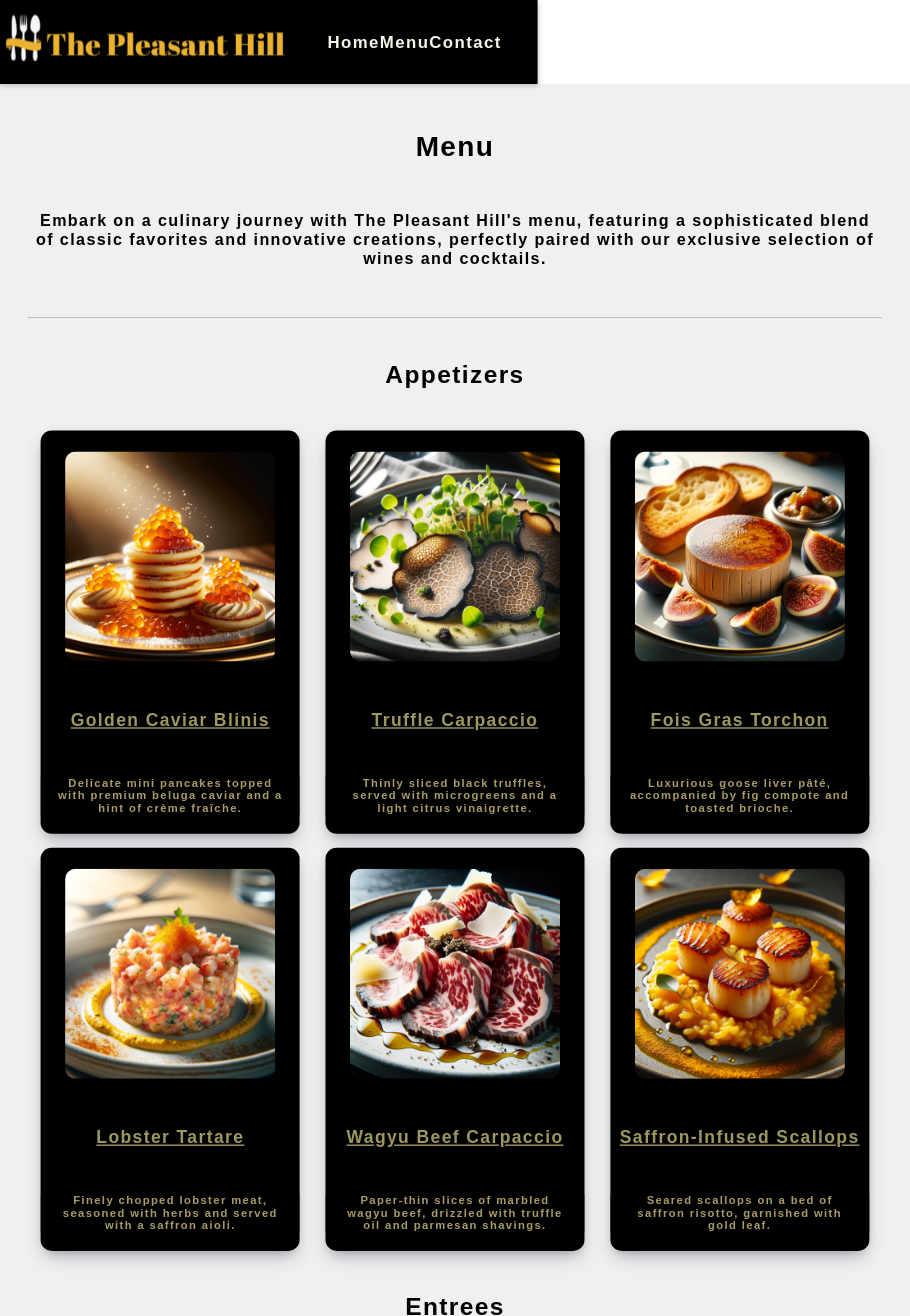
Repository: shayanabedi98/pleasant-hill-restaurant
Page: /, after clicking the first element matching `ul > :nth-child(2)`
These files come from the project's save history. The page is drawn as it stood at one moment and after the next save; the edit follows.
The browser window is 768 px wide. The page is 1300 px wide, then 768 px, so the pictures cover 1300 px, including what lies to the right of the window. The pictures show the part of the page from y = 0 to 1880 px (the page is 6539 px tall before and 8027 px after), at 70% of full size.
Some web fonts or font styles are not loaded; a fallback is used. The project was rebuilt for these pictures with package versions that can differ from the ones it lists, and the page was loaded fresh each time. Also part of the build but not shown: vite.config.js, src/components/Contact.jsx, src/index.css.

Above is the page before, as saved 2024-01-08 19:01:26.

### index.html
<!doctype html>
<html lang="en">
  <head>
    <meta charset="UTF-8" />
    <link rel="icon" type="image/svg+xml" href="/vite.svg" />
    <meta name="viewport" content="width=device-width, initial-scale=1.0" />
    <link rel="preconnect" href="https://fonts.googleapis.com">
    <link rel="preconnect" href="https://fonts.gstatic.com" crossorigin>
    <link href="https://fonts.googleapis.com/css2?family=Italiana&display=swap" rel="stylesheet">
    <title></title>
  </head>
  <body>
    <div id="root"></div>
    <script type="module" src="/src/main.jsx"></script>
  </body>
</html>

### src/App.jsx
import { useState } from "react";
import Contact from "./components/Contact";
import Home from "./components/Home";
import Menu from "./components/Menu";
import Navbar from "./components/Navbar";
import "./App.css";

function App() {
  const [activeDiv, setActiveDiv] = useState({
    home: true,
    menu: false,
    contact: false,
  });

  const renderDiv = (clickedItem) => {
    setActiveDiv({
      home: clickedItem === 'home',
      menu: clickedItem === 'menu',
      contact: clickedItem === 'contact'
    })
  }

  return (
    <>
      <Navbar onClick={renderDiv} />
      {activeDiv.home && <Home />}
      {activeDiv.menu && <Menu />}
      {activeDiv.contact && <Contact />}
    </>
  );
}

export default App;

### src/components/Home.jsx
import React from 'react'
import aboutImg from '../assets/about.jpg'
import toronto from '../assets/toronto.jpg'
import '../assets/banner.jpg'

const Home = () => {
  return (
    <div className='home'>
      <div className='banner-content'>
        <h1>Dine in luxury at The Pleasant Hill</h1>
        <div className='banner-buttons'>
          <button>View Menu</button>
          <button>Book Reservation</button>
        </div>
      </div>
      <div className="about">
        <div className='about1'>
          <img src={aboutImg} alt="zoomed in picture of a dining table with utensils" />
          <h2>Indulge in the Epitome of Gastronomic Luxury at The Pleasant Hill, Toronto's premier dining establishment where every dish promises an adventure for the senses. Experience the pinnacle of culinary artistry in the heart of Ontario. Each dish is a masterpiece, composed of the finest locally-sourced ingredients and presented with the elegance worthy of royalty.</h2>
        </div>

        <div className="about2">
          <p>Nestled in the heart of Toronto, Ontario, The Pleasant Hill offers an oasis of culinary refinement in a world bustling with activity. This luxurious haven of gastronomy is not just a restaurant; it is a destination where the art of fine dining is celebrated, and every meal is an exquisite journey. With its opulent ambiance, The Pleasant Hill invites patrons to indulge in a symphony of flavors crafted by world-renowned chefs. Our sommelier-curated wine selection complements the epicurean delights, featuring rare vintages and sought-after labels from the most esteemed vineyards. At The Pleasant Hill, we believe that a meal should be a cherished moment, a time to savor the luxuries that life has to offer. We take pride in creating an unforgettable experience that begins with a warm welcome and lingers long after the last decadent dessert is enjoyed. Come, be our guest and immerse yourself in the pinnacle of Toronto's dining scene.</p>
          <img src={toronto} alt="Toronto skyline" />
        </div>
      </div>
    </div>
  )
}

export default Home

### src/components/Menu.jsx
import React, {useEffect} from "react";
import MenuList from "./MenuList";
import Appetizers from "./Appetizers";
import Entrees from "./Entrees";
import Desserts from "./Desserts";
import Drinks from "./Drinks";

const Menu = () => {
  useEffect(() => {
    window.scrollTo(0, 0);
  }, []);
  return (
    <div className="menu">
      <h1>Menu</h1>
      <p className="menu-top-p">Embark on a culinary journey with The Pleasant Hill's menu, featuring a sophisticated blend of classic favorites and innovative creations, perfectly paired with our exclusive selection of wines and cocktails.</p>

      <Appetizers array={MenuList} />
      <Entrees array={MenuList} />
      <Desserts array={MenuList} />
      <Drinks array={MenuList} />
    </div>
  );
};

export default Menu;

### src/components/Navbar.jsx
import React from "react";
import logo from "../assets/logo2.png";

const Navbar = ({ onClick }) => {
  return (
    <div className="navbar">
      <img src={logo} alt="" />
      <ul>
        <li onClick={() => onClick("home")}>Home</li>
        <li onClick={() => onClick("menu")}>Menu</li>
        <li onClick={() => onClick("contact")}>Contact</li>
      </ul>
    </div>
  );
};

export default Navbar;

### src/App.css
* {
  font-family: "Italiana", sans-serif;
  font-weight: 600;
  letter-spacing: 2px;
}

body {
  padding: 0px;
  margin: 0px;
}

.navbar {
  background-color: black;
  display: grid;
  grid-template-columns: 1fr 1fr;
  place-items: center;
  align-content: center;
  height: 120px;
  box-shadow: rgba(0, 0, 0, 0.24) 0px 3px 8px;
  z-index: 2;
  position: fixed;
  width: 100%;
  top: 0;
}

.navbar ul li {
  list-style: none;
  font-size: 24px;
  text-align: center;
  color: rgb(245, 245, 232);
  background-color: black;
}

.navbar ul {
  display: grid;
  width: 70%;
  grid-template-columns: 1fr 1fr 1fr;
  padding: 0px;
  margin: 0px;
}

.navbar ul li:hover {
  cursor: pointer;
  background-color: #aa9c66;
}

.banner-content {
  background: url("./assets/banner.jpg");
  background-attachment: fixed;
  height: 980px;
  display: grid;
  place-items: center;
}

.banner-content h1 {
  position: relative;
  top: 200px;
  font-size: 70px;
  color: #ffffff;
}

.banner-buttons {
  position: relative;
  top: -150px;
  display: grid;
  grid-template-columns: 1fr 1fr;
  gap: 50px;
}

.banner-buttons button {
  width: 170px;
  height: 70px;
  font-size: 20px;
  border: none;
  background-color: #aa9c66;
  color: #ffffff;
  cursor: pointer;
  box-shadow: rgba(50, 50, 93, 0.25) 0px 13px 27px -5px,
    rgba(0, 0, 0, 0.3) 0px 8px 16px -8px;
}

.about {
  box-shadow: rgba(0, 0, 0, 0.1) 0px 4px 6px -1px,
    rgba(0, 0, 0, 0.06) 0px 2px 4px -1px;
  width: 1220px;
  margin: 70px auto;
  padding: 40px;
  text-align: start;
  background-color: #f0f0f0;
}

.about1,
.about2 {
  display: grid;
  grid-template-columns: 1fr 1fr;
  place-items: center;
  width: 1200px;
  margin: 70px auto;
  padding: 25px;
  line-height: 35px;
}

.about img {
  height: 550px;
  width: 550px;
  object-fit: cover;
}

.menu {
  background-color: #f0f0f0;
  width: 1220px;
  padding: 40px;
  margin: 120px auto;
  box-shadow: rgba(0, 0, 0, 0.1) 0px 4px 6px -1px,
    rgba(0, 0, 0, 0.06) 0px 2px 4px -1px;
}

.card-container {
  display: grid;
  gap: 20px;
  grid-template-columns: repeat(3, 1fr);
  place-items: center;
  color: #aa9c66;
  width: 1200px;
  margin: auto;
}

.menu-imgs {
  width: 300px;
  margin: 30px 30px 30px 30px;
  border-radius: 5%;
}

.menu-desc {
  text-align: center;
  font-weight: 600;
  padding-left: 20px;
  padding-right: 20px;
}

.menu-names {
  font-size: 25px;
  text-decoration: underline;
  color: rgb(158, 152, 96);
}

.card {
  width: 370px;
  min-height: 400px;
  cursor: pointer;
  box-shadow: 0 13px 27px -5px hsla(240, 30.1%, 28%, 0.25),
    0 8px 16px -8px hsla(0, 0%, 0%, 0.3), 0 -6px 16px -6px hsla(0, 0%, 0%, 0.03);
  transition: all ease 200ms;
  display: grid;
  place-items: center;
  grid-template-rows: 1fr 0.3fr 0.3fr;
  background-color: black;
  border-radius: 1rem;
  overflow: hidden;
}

.card:hover {
  cursor: pointer;
  transform: scale(1.03);
  box-shadow: 0 13px 40px -5px hsla(240, 30.1%, 28%, 0.12),
    0 8px 32px -8px hsla(0, 0%, 0%, 0.14),
    0 -6px 32px -6px hsla(0, 0%, 0%, 0.02);
}

.menu-desc,
.menu-names {
  background-color: black;
}

.menu h2 {
  text-align: center;
  font-size: 35px;
  margin: 60px 0 60px 0;
}

.menu h1 {
  text-align: center;
  font-size: 40px;
}

.menu-top-p {
  text-align: center;
  font-size: 23px;
  width: 1200px;
  margin: 70px auto;
}

.contact {
  background-color: #f0f0f0;
  width: 1200px;
  margin: 100px auto;
  height: 1430px;
  padding: 40px;
  text-align: center;
}

.contact h1 {
  text-align: center;
  width: 1200px;
  font-size: 40px;
}

.contact p,
.contact h2,
.contact h3 {
  text-align: start;
  width: 800px;
  margin: 50px auto;
}

.contact input {
  margin: 10px auto;
  width: 320px;
  height: 20px;
  text-align: start;
  padding: 10px;
  border: none;
  border-radius: 3px;
  box-shadow: rgba(50, 50, 93, 0.25) 0px 6px 12px -2px, rgba(0, 0, 0, 0.3) 0px 3px 7px -3px;
  font-family: sans-serif;
  display: block;
}

.react-datepicker__header {
  background-color: #f0ce38;
  color: white;
}

.react-datepicker__day-name {
  color: #333;
}
.react-datepicker__day,
.react-datepicker__day-name {
  width: 2.5rem;
  line-height: 2.5rem;
  margin: 0.166rem;
  border-radius: 50%;
}

.react-datepicker__day--selected {
  background-color: #c2ab4f;
  color: white;
}

.react-datepicker__day:hover {
  background-color: #aa9c66;
}

.react-datepicker__time-container {
  width: 120px;
}

.react-datepicker__time-box {
  width: 120px !important;
}

.contact .info {
  margin: 10px auto;
  width: 320px;
  height: 20px;
  text-align: start;
  padding: 10px;
}

.contact .book {
  height: 40px;
  width: 205px;
  cursor: pointer;
  border: none;
  background-color: black;
  box-shadow: rgba(50, 50, 93, 0.25) 0px 6px 12px -2px, rgba(0, 0, 0, 0.3) 0px 3px 7px -3px;
  color: rgb(255, 198, 93);
  font-size: 16px;
  padding: 10px;
  border-radius: 3px;
  display: block;
  margin: 10px auto;
}

.iframe-div {
  margin: 50px auto;
  display: flex;
  justify-content: center;
  align-items: center;
  height: 400px;
}

@media only screen and (max-width: 1300px) {
  .about {
    width: 100%;
    padding: 0;
  }

  .about1,
  .about2 {
    grid-template-rows: 1fr 1fr;
    grid-template-columns: none;
  }

  .about1 {
    margin: 0;
    padding-top: 50px;
  }

  .about1 img {
    width: 500px;
    height: 300px;
  }

  .about1 h2 {
    font-size: 20px;
    margin: 50px 40px 40px 40px;
    text-align: center;
  }

  .about2 img {
    order: -1;
    width: 600px;
    height: 400px;
  }

  .about2 p {
    text-align: center;
    font-size: 15px;
  }

  .banner-content {
    width: 100%;
  }

  .home {
    width: 100%;
  }

  .home h1 {
    font-size: 45px;
  }

  .banner-buttons button {
    width: 170px;
  }
}

### src/components/MenuList.jsx
import image1 from '../assets/caviar.png';
import image2 from '../assets/truffle.png';
import image3 from '../assets/fois-gras.png';
import image4 from '../assets/lobster-tartare.png';
import image5 from '../assets/wagyu.png';
import image6 from '../assets/scallops.png';
import image7 from '../assets/poached-lobster.png';
import image8 from '../assets/filet-mignon.png';
import image9 from '../assets/bluefin-tuna.png';
import image10 from '../assets/risotto.png';
import image11 from '../assets/lamb-rack.png';
import image12 from '../assets/duck-breast.png';
import image13 from '../assets/veal-chop.png';
import image14 from '../assets/sea-bass.png';
import image15 from '../assets/venison.png';
import image16 from '../assets/octopus.png';
import image17 from '../assets/souffle.png';
import image18 from '../assets/panna-cotta.png';
import image19 from '../assets/lemon-tart.png';
import image20 from '../assets/water.png';
import image21 from '../assets/soda.png';
import image22 from '../assets/beer-wine.png';
import image23 from '../assets/cocktail.png';
import image24 from '../assets/champagne.png';

const MenuList = [
  {
    id: 1,
    name: 'Golden Caviar Blinis',
    type: 'Appetizer',
    img: image1,
    description: 'Delicate mini pancakes topped with premium beluga caviar and a hint of crème fraîche.'
  },
  {
    id: 2,
    name:  'Truffle Carpaccio',
    type: 'Appetizer',
    img: image2,
    description: 'Thinly sliced black truffles, served with microgreens and a light citrus vinaigrette.'
  },
  {
    id: 3,
    name:  'Fois Gras Torchon',
    type: 'Appetizer',
    img: image3,
    description: 'Luxurious goose liver pâté, accompanied by fig compote and toasted brioche.'
  },
  {
    id: 4,
    name:  'Lobster Tartare',
    type: 'Appetizer',
    img: image4,
    description: 'Finely chopped lobster meat, seasoned with herbs and served with a saffron aioli.'
  },
  {
    id: 5,
    name:  'Wagyu Beef Carpaccio',
    type: 'Appetizer',
    img: image5,
    description: 'Paper-thin slices of marbled wagyu beef, drizzled with truffle oil and parmesan shavings.'
  },
  {
    id: 6,
    name:  'Saffron-Infused Scallops',
    type: 'Appetizer',
    img: image6,
    description: 'Seared scallops on a bed of saffron risotto, garnished with gold leaf.'
  },
  {
    id: 7,
    name:  'Butter-Poached Lobster Tail',
    type: 'Entreé',
    img: image7,
    description: 'Served with a white wine reduction and caviar garnish.'
  },
  {
    id: 8,
    name:  'Wagyu Beef Filet Mignon',
    type: 'Entreé',
    img: image8,
    description: 'Cooked to perfection, accompanied by a rich truffle sauce.'
  },
  {
    id: 9,
    name:  'Seared Bluefin Tuna Steak',
    type: 'Entreé',
    img: image9,
    description: 'With a soy-ginger glaze and pickled radish.'
  },
  {
    id: 10,
    name:  'King Crab Risotto',
    type: 'Entreé',
    img: image10,
    description: 'Creamy risotto with chunks of Alaskan king crab and a saffron infusion.'
  },
  {
    id: 11,
    name:  'Rack of Lamb',
    type: 'Entreé',
    img: image11,
    description: 'Herb-crusted, served with a mint-infused demi-glace.'
  },
  {
    id: 12,
    name:  "Duck Breast à l'Orange",
    type: 'Entreé',
    img: image12,
    description: 'Pan-seared duck breast with a classic orange sauce.'
  },
  {
    id: 13,
    name:  'Veal Chop Milanese',
    type: 'Entreé',
    img: image13,
    description: 'Breaded and fried, topped with arugula and cherry tomatoes.'
  },
  {
    id: 14,
    name:  'Chilean Sea Bass',
    type: 'Entreé',
    img: image14,
    description: 'Grilled, served with a lemon-butter caper sauce.'
  },
  {
    id: 15,
    name:  'Venison Loin',
    type: 'Entreé',
    img: image15,
    description: 'Grilled, served with a berry reduction and root vegetables.'
  },
  {
    id: 16,
    name:  'Grilled Octopus',
    type: 'Entreé',
    img: image16,
    description: 'Tender octopus with a chorizo vinaigrette.'
  },
  {
    id: 17,
    name:  'Chocolate Soufflé',
    type: 'Dessert',
    img: image17,
    description: 'Served with a gold-dusted raspberry coulis.'
  },
  {
    id: 18,
    name:  'Vanilla Bean Panna Cotta',
    type: 'Dessert',
    img: image18,
    description: 'With a berry compote and edible flowers.'
  },
  {
    id: 19,
    name:  'Lemon Tart',
    type: 'Dessert',
    img: image19,
    description: 'With a brûléed meringue topping.'
  },
  {
    id: 20,
    name:  'Water',
    type: 'Drinks',
    img: image20,
    description: 'Sparkling or still mineral water.'
  },
  {
    id: 21,
    name:  'Soda',
    type: 'Drinks',
    img: image21,
    description: 'A selection of artisanal, crafted sodas.'
  },
  {
    id: 22,
    name:  'Beer/Wine',
    type: 'Drinks',
    img: image22,
    description: 'Premium craft beers and a selection of fine wines.'
  },
  {
    id: 23,
    name:  'Cocktail',
    type: 'Drinks',
    img: image23,
    description: 'Signature cocktails crafted by our mixologist.'
  },
  {
    id: 24,
    name:  'Champagne',
    type: 'Drinks',
    img: image24,
    description: 'A glass of vintage champagne.'
  },
  // {
  //   id: ,
  //   name:  '',
  //   type: '',
  //   img: '../assets/',
  //   description: ''
  // },
]

export default MenuList;

### src/components/Appetizers.jsx
export default function Appetizers({array}) {
  return (
    <div className="appetizer-container">
    <div>
    <hr></hr>
      <h2 >Appetizers</h2>
    </div>
    <div className="card-container">
      {array.map((item) => {
        if (item.type === "Appetizer")
          return (
            <div className="card" key={item.id}>
              <img className="menu-imgs" src={item.img} />
              <h3 className="menu-names">{item.name}</h3>
              <p className="menu-desc">{item.description}</p>
            </div>
          );
      })}
    </div>
  </div>
  )
}

### src/components/Entrees.jsx
export default function Entrees({array}) {
  return (
    <div className="entree-container">
    <div>
      <h2>Entrees</h2>
    </div>
    <div className="card-container">
      {array.map((item) => {
        if (item.type === "Entreé")
          return (
            <div className="card" key={item.id}>
              <img className="menu-imgs" src={item.img} />
              <h3 className="menu-names">{item.name}</h3>
              <p className="menu-desc">{item.description}</p>
            </div>
          );
      })}
    </div>
  </div>
  )
}

### src/components/Desserts.jsx
export default function Desserts({array}) {
  return (
    <div className="dessert-container">
    <div>
      <h2>Desserts</h2>
    </div>
    <div className="card-container">
      {array.map((item) => {
        if (item.type === "Dessert")
          return (
            <div className="card" key={item.id}>
              <img className="menu-imgs" src={item.img} />
              <h3 className="menu-names">{item.name}</h3>
              <p className="menu-desc">{item.description}</p>
            </div>
          );
      })}
    </div>
  </div>
  )
}

### src/components/Drinks.jsx
export default function Drinks({array}) {
  return (
    <div className="drink-container">
    <div>
      <h2>Drinks</h2>
    </div>
    <div className="card-container">
      {array.map((item) => {
        if (item.type === "Drinks")
          return (
            <div className="card" key={item.id}>
              <img className="menu-imgs" src={item.img} />
              <h3 className="menu-names">{item.name}</h3>
              <p className="menu-desc">{item.description}</p>
            </div>
          );
      })}
    </div>
  </div>
  )
}

Loaded but not shown: src/main.jsx (common file)

After the next save:
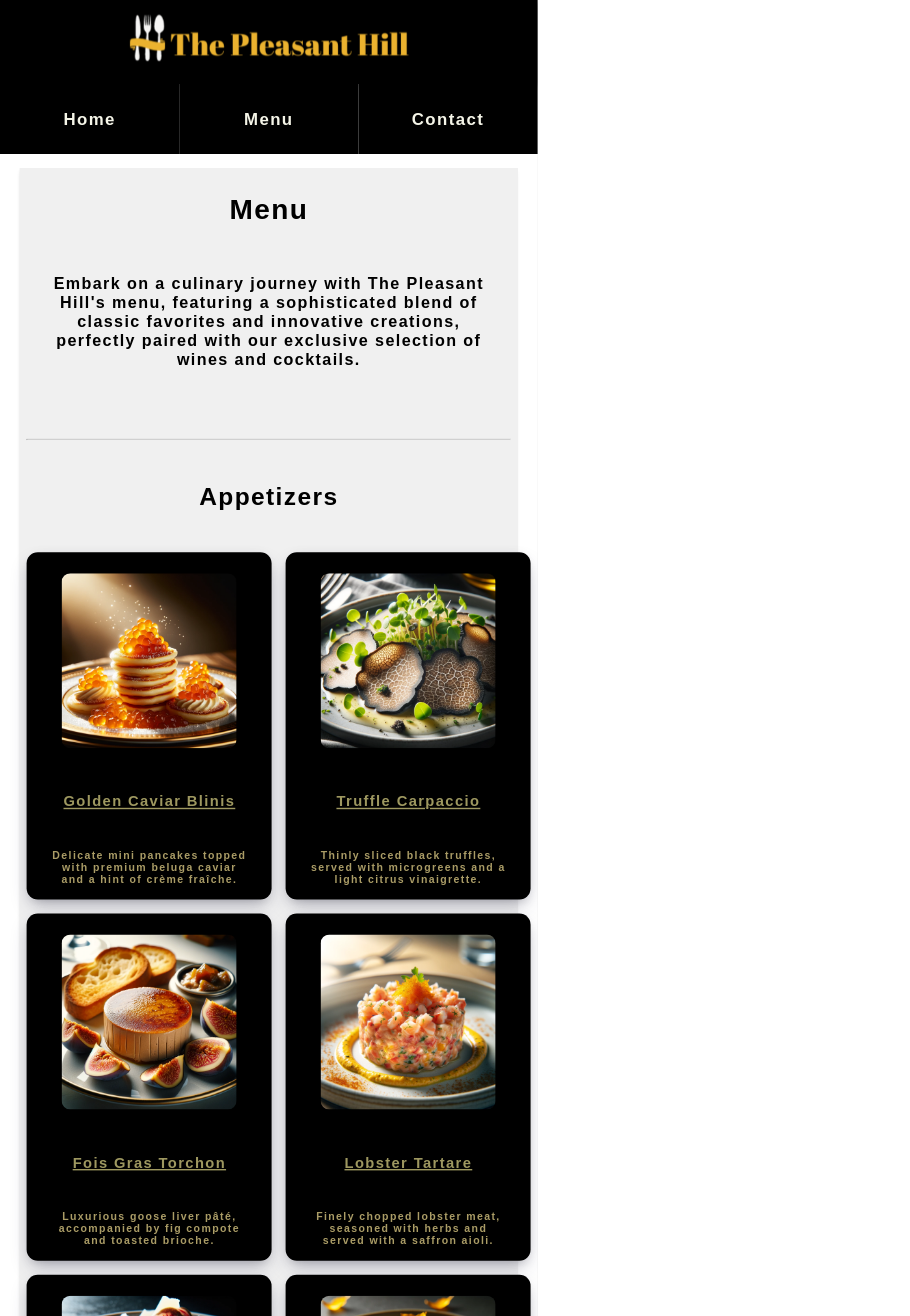
Saved 73 s later.
--- a/src/App.css
+++ b/src/App.css
@@ -187,7 +187,7 @@ body {
   text-align: center;
   font-size: 23px;
   width: 1200px;
-  margin: 70px auto;
+  margin: 70px 0 55px;
 }
 
 .contact {
@@ -290,6 +290,18 @@ body {
   height: 400px;
 }
 
+.hamburger-menu {
+
+  cursor: pointer;
+
+}
+
+.hamburger-menu .bar {
+  width: 25px;
+  height: 4px;
+  margin: 5px;
+}
+
 @media only screen and (max-width: 1300px) {
   .about {
     width: 100%;
@@ -303,7 +315,7 @@ body {
   }
 
   .about1 {
-    margin: 0;
+    margin: 0 auto;
     padding-top: 50px;
   }
 
@@ -344,4 +356,121 @@ body {
   .banner-buttons button {
     width: 170px;
   }
-}
+
+  .about1 {
+    margin: 0 auto;
+  }
+
+  .menu {
+    padding: 10px;
+    margin: 120px auto;
+    width: 90%;
+  }
+
+  .card {
+    width: 350px;
+    min-height: 380px;
+    cursor: pointer;
+  }
+
+  .menu-imgs {
+    width: 250px;
+    height: 250px;
+
+  }
+
+  .card-container {
+    display: grid;
+    grid-template-columns: 1fr 1fr;
+    width: 100%;
+  }
+
+  .menu-top-p {
+    width: 90%;
+    padding: 0 20px 0 20px;
+    margin: 70px auto 100px auto;
+
+  }
+
+  .menu-names {
+    font-size: 21px;
+  }
+
+  .menu-desc {
+    font-size: 15px;
+    width: 80%;
+    margin: 11px 0;
+  }
+}
+
+@media only screen and (max-width: 1200px) {
+
+   .banner-content {
+    width: 100%;
+   }
+
+   .home {
+    width: 100%;
+   }
+
+   .about1 {
+    width: 90%;
+   }
+
+   .about2 {
+    width: 90%;
+
+   }
+
+  .about1 h2 {
+    width: 80%;
+
+  }
+
+  .about2 p {
+    width: 90%;
+  }
+}
+
+
+@media only screen and (max-width: 800px) {
+  .hamburger-menu {
+    display: block;
+    position: absolute;
+    left: 90%;
+  }
+
+  .navbar {
+    position: relative;
+    grid-template-rows: 1fr 1fr;
+    grid-template-columns: none;
+  }
+
+  .navbar img {
+    position: absolute;
+  }
+
+
+  .hamburger-menu .bar {
+    background-color: rgba(255, 255, 255, 0.863);
+  }
+
+  .navbar ul {
+    height: 100px;
+    width: 100%;
+    position: relative;
+    top: 100px;
+    place-items: center;
+  }
+
+  .navbar li {
+    align-content: center;
+    width: 100%;
+    margin-top: 20px;
+    position: relative;
+    display: flex;
+    align-items: center;
+    justify-content: center;
+    height: 100px;
+  }
+}
